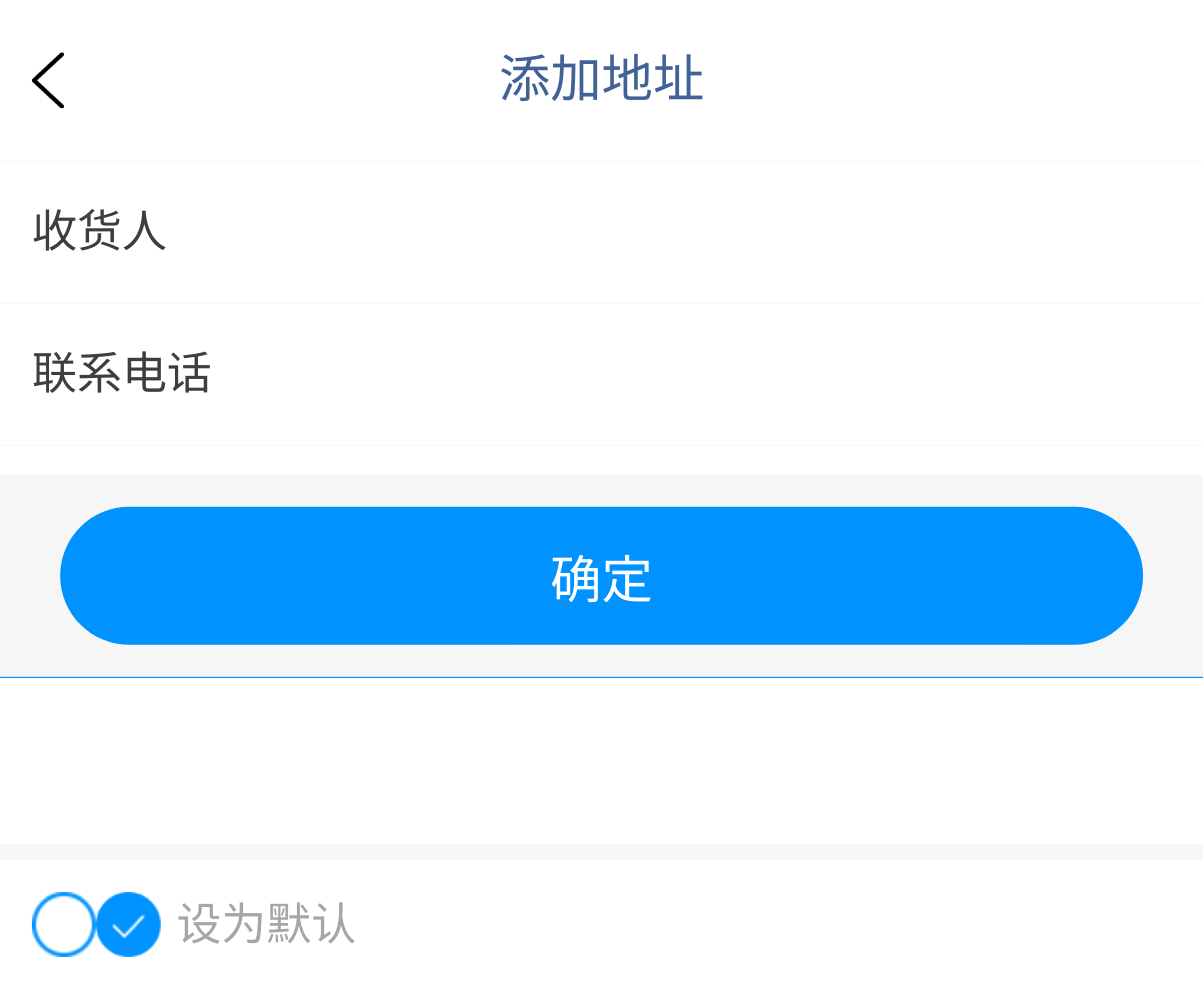
Repository: 421538074/sell
Page: consumer/manage-address.html
These files come from the project's save history. The page is drawn as it stood at one moment and after the next save; the edit follows.
The browser window is 1280 px wide. The pictures show the whole page, at 94% of full size.

Above is the page before, as saved 2019-06-03 16:26:22.

### consumer/manage-address.html
<!DOCTYPE html>
<html lang="en">

<head>
    <meta charset="UTF-8">
    <meta name="viewport" content="width=device-width, initial-scale=1.0">
    <meta http-equiv="X-UA-Compatible" content="ie=edge">
    <title>地址管理</title>
    <link rel="stylesheet" href="../css/base.css">
    <link rel="stylesheet" href="css/common.css">
    <link rel="stylesheet" href="css/manage-address.css">
</head>

<body>
    <div id="app" class="content">
        <nav class="nav-bar-wrapper">
            <img @click="back" src="../img/back.png" class="back-icon">
            <p class="nav-bar-title">{{title}}</p>
        </nav>
        <ul class="address-wrapper">
            <li class="address-item">
                <label class="title">收货人</label>
                <input type="text" class="input-item">
            </li>
            <li class="address-item">
                <label class="title">联系电话</label>
                <input type="text" class="input-item">
            </li>
            <li class="address-item">
                <label class="title">所在地区</label>
                <input readonly placeholder="请选择你的地区" type="text" class="input-item arrow-right">
            </li>
            <li class="address-item">
                <textarea class="detail-address" placeholder="请填写详细地址"></textarea>
            </li>
        </ul>
        <p class="set-default-adderss">
            <img src="../img/按钮1.png" class="default-icon">
            <img src="../img/checked.png" class="default-icon">
            <span class="set-default-title">设为默认</span>
        </p>
        <div class="confirm-wrapper">
            <button class="confirm-add">
                确定
            </button>
        </div>
    </div>
    <script src="../js/api.js"></script>
    <script src="../js/jquery.min.js"></script>
    <script src="../js/vue.js"></script>
    <script src="js/vue-mixin.js"></script>
    <script src="js/manage-address.js"></script>
</body>

</html>

### css/base.css
/* http://meyerweb.com/eric/tools/css/reset/
   v2.0 | 20110126
   License: none (public domain)
*/

html,
body,
div,
span,
applet,
object,
iframe,
h1,
h2,
h3,
h4,
h5,
h6,
p,
blockquote,
pre,
a,
abbr,
acronym,
address,
big,
cite,
code,
del,
dfn,
em,
img,
ins,
kbd,
q,
s,
samp,
small,
strike,
strong,
sub,
sup,
tt,
var,
b,
u,
i,
center,
dl,
dt,
dd,
ol,
ul,
li,
fieldset,
form,
label,
legend,
table,
caption,
tbody,
tfoot,
thead,
tr,
th,
td,
article,
aside,
canvas,
details,
embed,
figure,
figcaption,
footer,
header,
hgroup,
menu,
nav,
output,
ruby,
section,
summary,
time,
mark,
audio,
video {
    margin: 0;
    padding: 0;
    border: 0;
    font-size: 100%;
    font: inherit;
    vertical-align: baseline;
}

/* HTML5 display-role reset for older browsers */
article,
aside,
details,
figcaption,
figure,
footer,
header,
hgroup,
menu,
nav,
section {
    display: block;
}

body {
    line-height: 1;
}

ol,
ul {
    list-style: none;
}

blockquote,
q {
    quotes: none;
}

blockquote:before,
blockquote:after,
q:before,
q:after {
    content: '';
    content: none;
}

table {
    border-collapse: collapse;
    border-spacing: 0;
}


body,
html {
    font-size: calc(100vw / 37.5) !important;
    font-family: PingFangSC-Medium;
    background: #F2F2F2;
}


[v-cloak] {
    display: none;
}


hr {
    margin: 0;
    padding: 0;
}

.clearfix {
    zoom: 1;
}

.clearfix:after {
    content: ".";
    display: block;
    visibility: hidden;
    height: 0;
    clear: both;
}

[v-cloak] {
    display: none;
}

### consumer/css/common.css
*{
    box-sizing: border-box;
}
html,body{
    background: #f6f6f6;
}
html,body,div.content{
    height: 100%;
}
/*底部菜单栏*/
nav.tool-bar-wrapper {
    height: 5rem;
    background: #ffffff;
    display: flex;
    align-items: center;
    justify-content: space-around;
}
a.nav-item {
    color: #888888;
    text-decoration: none;
    font-size: 1.5rem;
    display: flex;
    flex-direction: column;
    align-items: center;
    justify-content: space-around;
    height: 90%;
}
a.nav-item.active{
    color: #0093FF;
}
img.nav-item-icon{
    width: 1.5rem;
    height: 1.5rem;
}
.ellipsis{
    overflow: hidden;
    white-space: nowrap;
    text-overflow: ellipsis;
}
/*顶部返回栏 */
nav.nav-bar-wrapper {
    background: #FFFFFF;
    height: 5rem;
    display: flex;
    align-items: center;
    justify-content: space-around;
    position: fixed;
    width: 100%;
    top: 0;
    z-index: 2;
    font-size: 1.6rem;
    color: #426196;
}
img.back-icon {
    position: absolute;
    width: 1rem;
    left: 1rem;
}

### consumer/css/manage-address.css
div.content{
    padding-top: 5rem;
}
ul.address-wrapper {
    background: #FFFFFF;
}
li.address-item {
    border-top: 1px solid #f6f6f6;
    padding: 1.5rem 1rem;
    display: flex;
    align-items: center;
    justify-content: space-between;
}
label.title {
    color: #3E3E3E;
    font-size: 1.4rem;
    width: 20%;
}
input.input-item {
    width: 80%;
    outline: 0;
    border: none;
}
input.arrow-right{
    text-align: right;
    padding-right: 1.5rem;
    background: url(../../img/arrow-right.png) no-repeat;
    background-size: 0.8rem;
    background-position: right center;
}
textarea.detail-address {
    width: 100%;
    height: 5rem;
    border: none;
    resize: none;
    outline: 0;
}
textarea::-webkit-input-placeholder,input::-webkit-input-placeholder {
    color: #A6A6A6;
}
p.set-default-adderss {
    background: #FFFFFF;
    margin-top: 0.5rem;
    display: flex;
    align-items: center;
}
img.default-icon {
    width: 2rem;
    height: auto;
}
span.set-default-title {
    color: #A6A6A6;
    font-size: 1.4rem;
    margin-left: 0.5rem;
}
p.set-default-adderss {
    background: #FFFFFF;
    margin-top: 0.5rem;
    display: flex;
    align-items: center;
    padding: 1rem;
}
.confirm-wrapper {
    position: fixed;
    width: 100%;
    bottom: 0;
    background: #f6f6f6;
}
button.confirm-add {
    background: #0093FF;
    border: none;
    outline: 0;
    color: #FFFFFF;
    width: 90%;
    display: block;
    margin: 1rem auto;
    padding: 1rem;
    border-radius: 10rem;
    font-size: 1.6rem;
}

### js/api.js
function getUrlKey(name) {
    return decodeURIComponent((new RegExp('[?|&]' + name + '=' + '([^&;]+?)(&|#|;|$)').exec(location.href) || [, ""])[1].replace(/\+/g, '%20')) || null;
}


// window.warn = {
//     alert: function alert(msg) {
//         var template = `
// `
//         $('body').append(template);
//         $('.alert-body').animate({
//             top: "40px"
//         }, 200);
//         // setTimeout(function () {
//         //     warn.close();
//         // }, 1500);
//     },
//     close: function close() {
//         $('.alert-body').animate({
//             top: "-280px"
//         }, 200);
//         setTimeout(function () {
//             $('#alert-msg').remove();
//         }, 200);
//     }
// };

### consumer/js/vue-mixin.js
Vue.mixin({
    methods: {
        /**
         * 返回
         */
        back() {
            history.go(-1);
        },
        /**
         * 限制长度
         * @param {String} 要限制长度的字段
         * @param {Number} 长度
         */
        limitLength(key, length) {
            this[key] = this[key].substring(0, length);
        },
        /**
         * 验证11位手机号
         * @param {Number} phone
         */
        validatePhone(phone) {
            const phoneReg = /^[1-9][0-9]{9}[0-9]$/;
            return phoneReg.test(phone);
        },
        /**
         * 发送手机验证码
         * @param {Number} waitTimeKey 等待时间键名
         * @param {String} tipsKey 发送验证码显示的信息的键名
         * @param {String} phoneKey 手机号键名
         * @param {String} reSendMsg  按钮默认显示的文字
         */
        sendCode(waitTimeKey, tipsKey, phoneKey, defaultMsg) {
            if (!this.validatePhone(this[phoneKey])) {
                alert('无效手机号!');
                return;
            }
            if (this[waitTimeKey] == 60) {
                $.post('', {
                        phone: this[phoneKey]
                    }, (res) => {
                        if (res.status == 1) {
                            const interval = setInterval(() => {
                                if (this[waitTimeKey] == 1) {
                                    this[waitTimeKey] = 60;
                                    this[tipsKey] = defaultMsg;
                                    clearInterval(interval);
                                    return;
                                }
                                this[waitTimeKey] -= 1;
                                this[tipsKey] = `${this[waitTimeKey]}s`;
                            }, 1000);
                        } else {
                            alert('发送失败!');
                        }
                    }, 'json')
                    .fail(err => {
                        alert('服务器异常!');
                    });
            }
        },
        /**
         * 链接跳转
         * @param {String} url
         */
        linkTo(url) {
            window.location.href = url;
        },
        /**
         * 获得URL参数
         */
        getParams() {
            var list = location.search.substring(1).split('&');
            var param = {};
            list.forEach(function (value) {
                var temp = value.split('=');
                param[temp[0]] = temp[1];
            });
            return param;
        }
    },
    filters: {

    }
})

### consumer/js/manage-address.js
new Vue({
    el: '#app',
    data() {
        return {
            title:'',
            isSetDefault:false
        }
    },
    created() {
        if (this.getParams().type == 'edit') {
            this.title = '编辑地址';
        } else {
            this.title = '添加地址';
        }
    },
})

Loaded but not shown: js/jquery.min.js (library); js/vue.js (library)

After the next save:
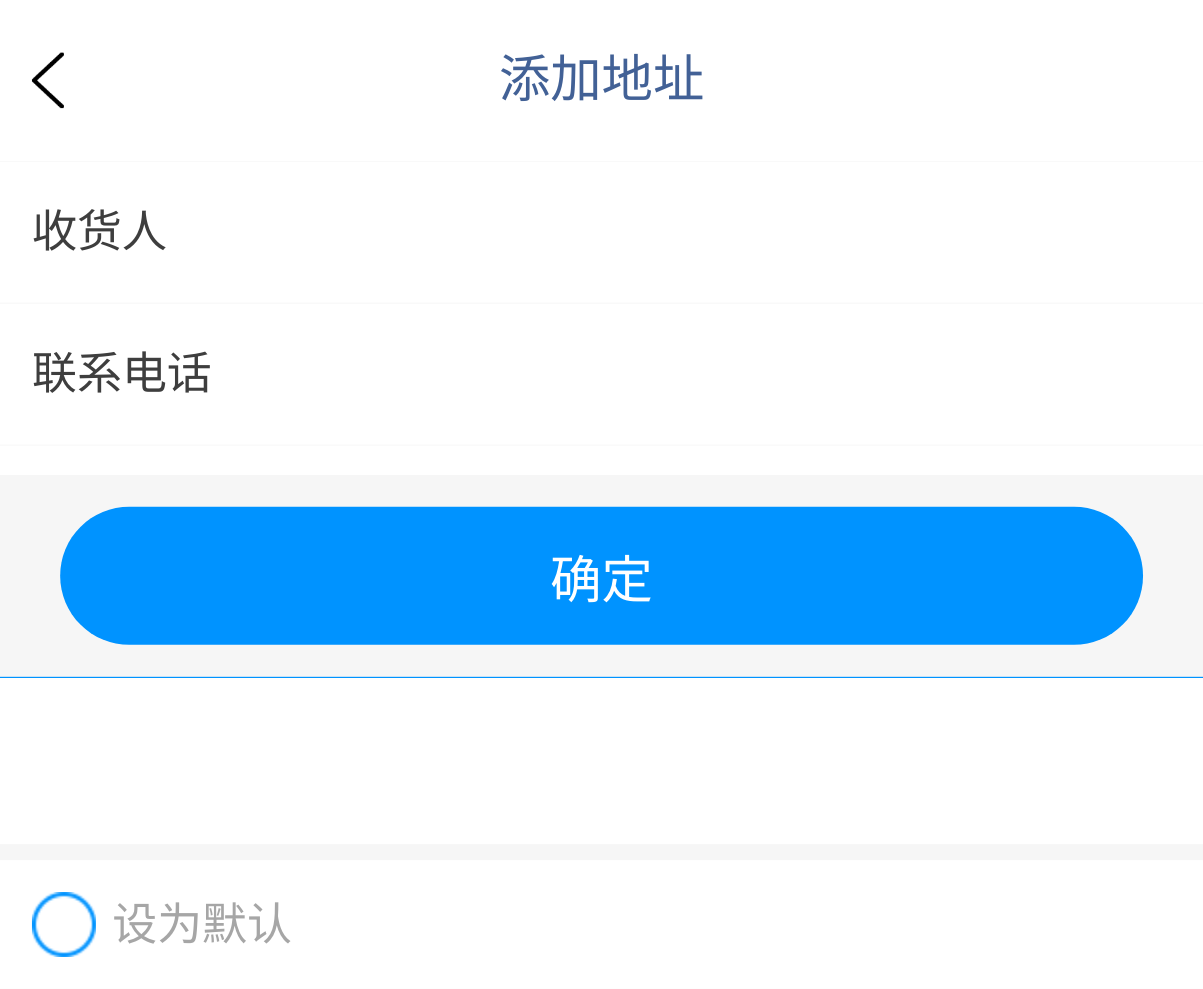
Saved 16 s later.
--- a/consumer/manage-address.html
+++ b/consumer/manage-address.html
@@ -35,8 +35,8 @@
             </li>
         </ul>
         <p class="set-default-adderss">
-            <img src="../img/按钮1.png" class="default-icon">
-            <img src="../img/checked.png" class="default-icon">
+            <img v-if="!isSetDefault" src="../img/按钮1.png" class="default-icon">
+            <img v-else src="../img/checked.png" class="default-icon">
             <span class="set-default-title">设为默认</span>
         </p>
         <div class="confirm-wrapper">
